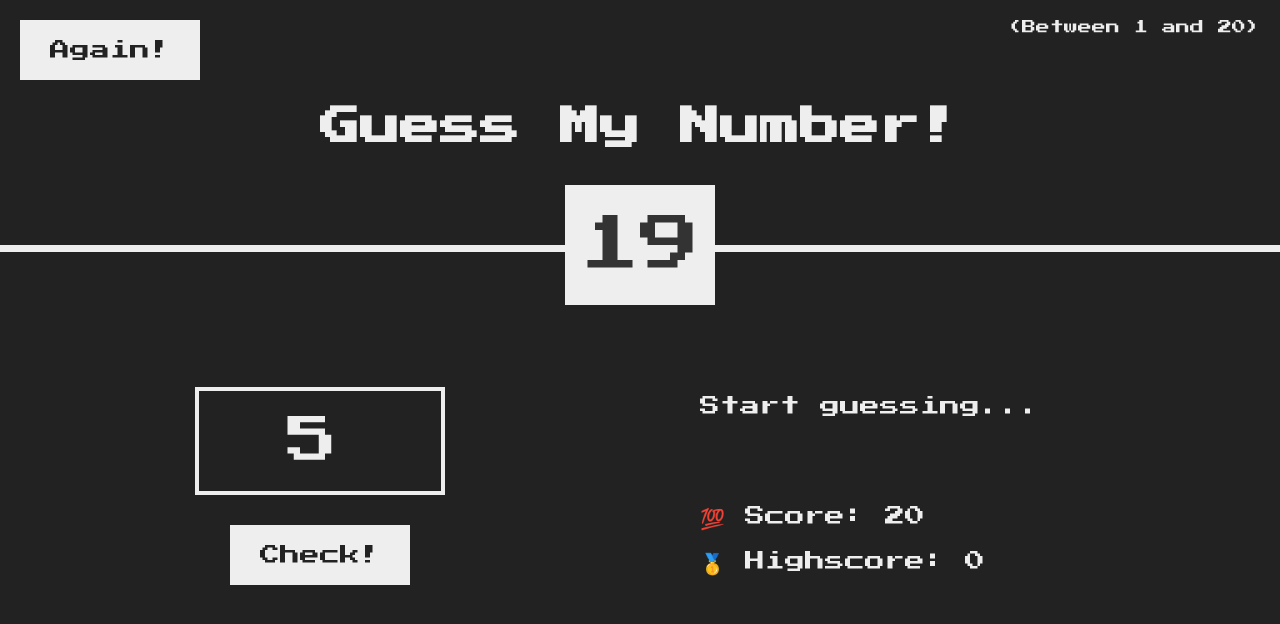
Repository: Wakkaba/mini-guess-game
Page: index.html
These files come from the project's save history. The page is drawn as it stood at one moment and after the next save; the edit follows.
The browser window is 1280 px wide. The pictures show the whole page.
Empty fields were first filled with sample values (such as "Sample", 5 or name@example.com).
After loading, the first visible `button.check` was clicked once.

Above is the page before, as saved 2023-10-11 18:40:14.

After the next save:
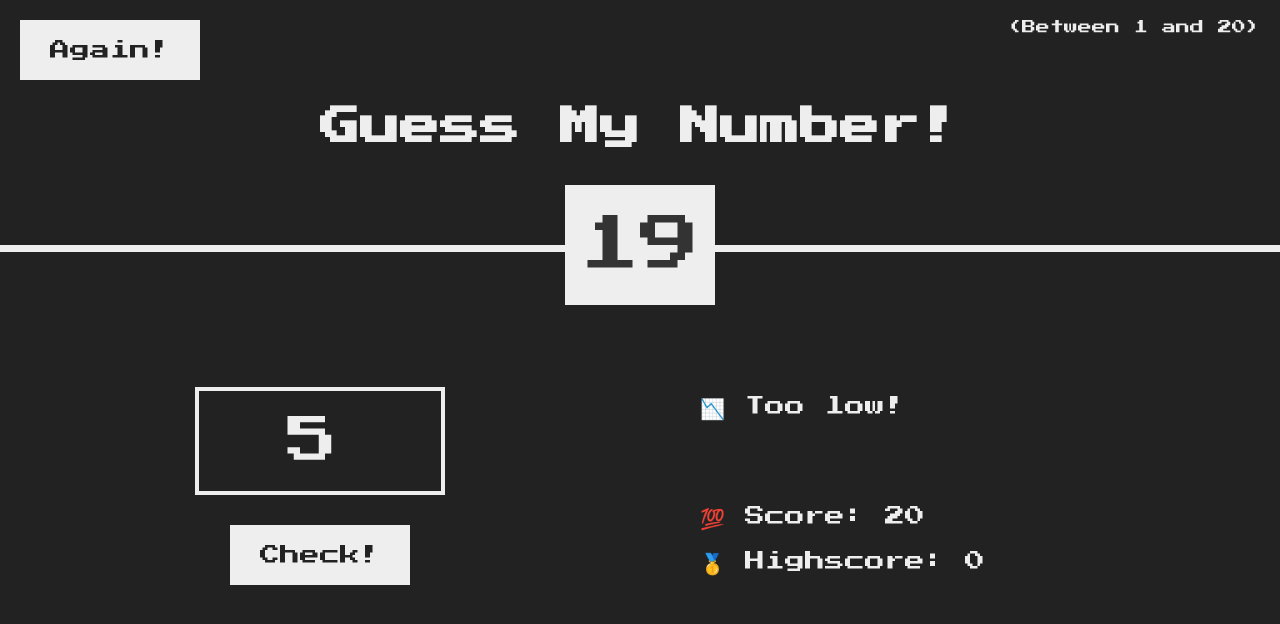
Saved 101 s later.
--- a/script.js
+++ b/script.js
@@ -12,5 +12,11 @@ document.querySelector('.check').addEventListener('click', function () {
     document.querySelector('.message').textContent = '⛔ No number!';
   } else if (guess === secretNumber) {
     document.querySelector('.message').textContent = '🎉 Correct number!';
+  } else if (guess !== secretNumber) {
+    if (guess > secretNumber) {
+      document.querySelector('.message').textContent = '📈 Too high!';
+    } else {
+      document.querySelector('.message').textContent = '📉 Too low!';
+    }
   }
 });
